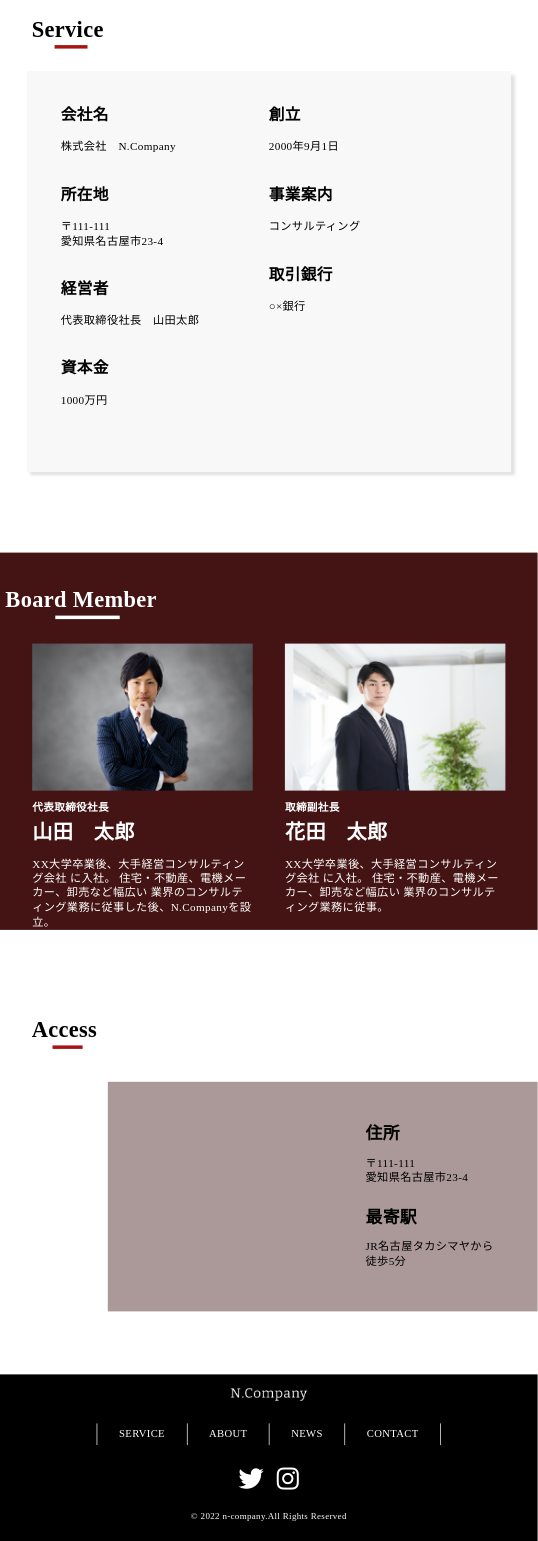
Repository: nozomi-23/hp2_test
Page: html/about.html
These files come from the project's save history. The page is drawn as it stood at one moment and after the next save; the edit follows.
The browser window is 768 px wide. The pictures show the part of the page from y = 669 to 2909 px (the page is 2870 px tall before and 2909 px after), at 70% of full size.
Pictures or frames that could not be fetched are drawn as grey boxes. Some web fonts or font styles are not loaded; a fallback is used. Some web libraries are served in a nearby version.

Above is the page before, as saved 2022-06-26 23:19:59.

After the next save:
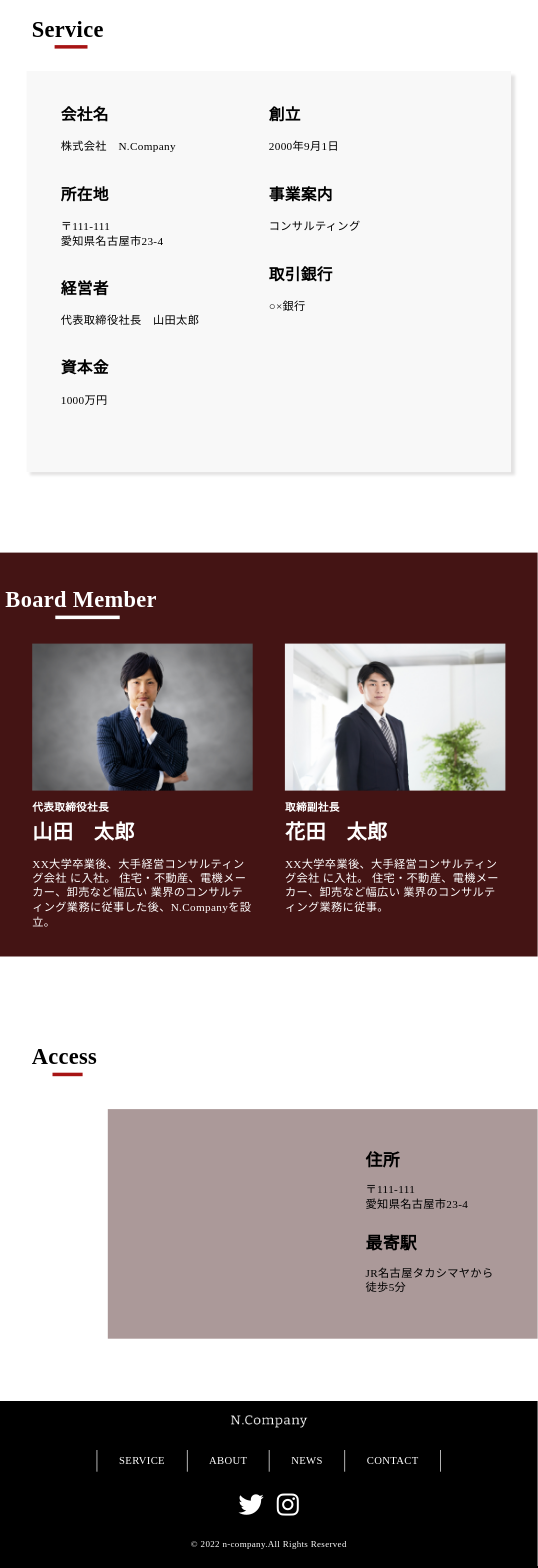
Saved 12 s later.
--- a/css/about.css
+++ b/css/about.css
@@ -158,6 +158,6 @@ access
   .mem_inner {
     width: 100%;
     padding: unset;
-    padding-top: 5%;
+    padding: 5% 0;
   }
 }
